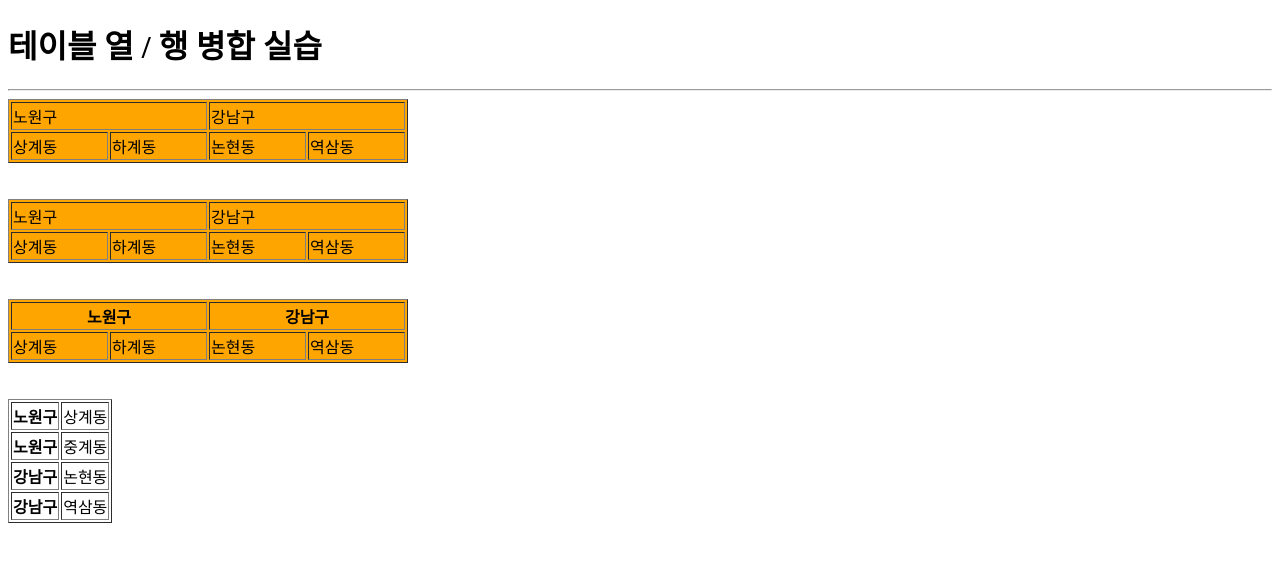
Repository: jp0301/WebStudy
Page: WebApp01/WebContent/Test012.html
These files come from the project's save history. The page is drawn as it stood at one moment and after the next save; the edit follows.
The browser window is 1280 px wide. The pictures show the whole page.

Above is the page before, as saved 2022-09-27 02:35:46.

After the next save:
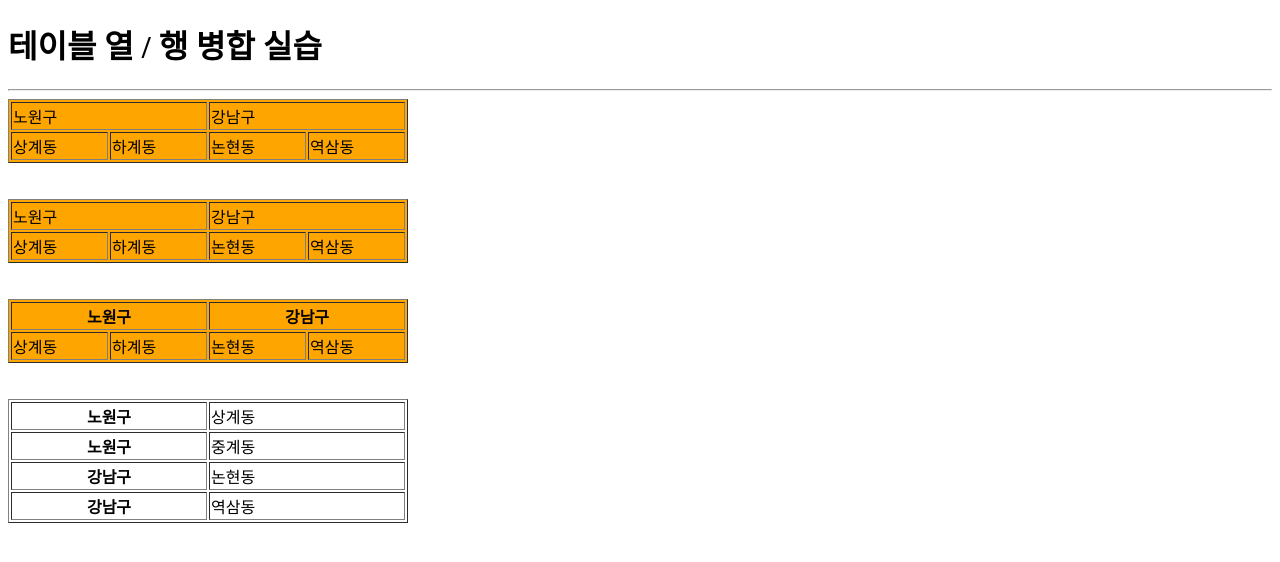
Saved 13 s later.
--- a/WebApp01/WebContent/Test012.html
+++ b/WebApp01/WebContent/Test012.html
@@ -59,7 +59,7 @@
 		</table>
 		<br><br>
 
-		<table border="1">
+		<table border="1" width="400">
 			<tr>
 				<th>노원구</th>
 				<td>상계동</td>
